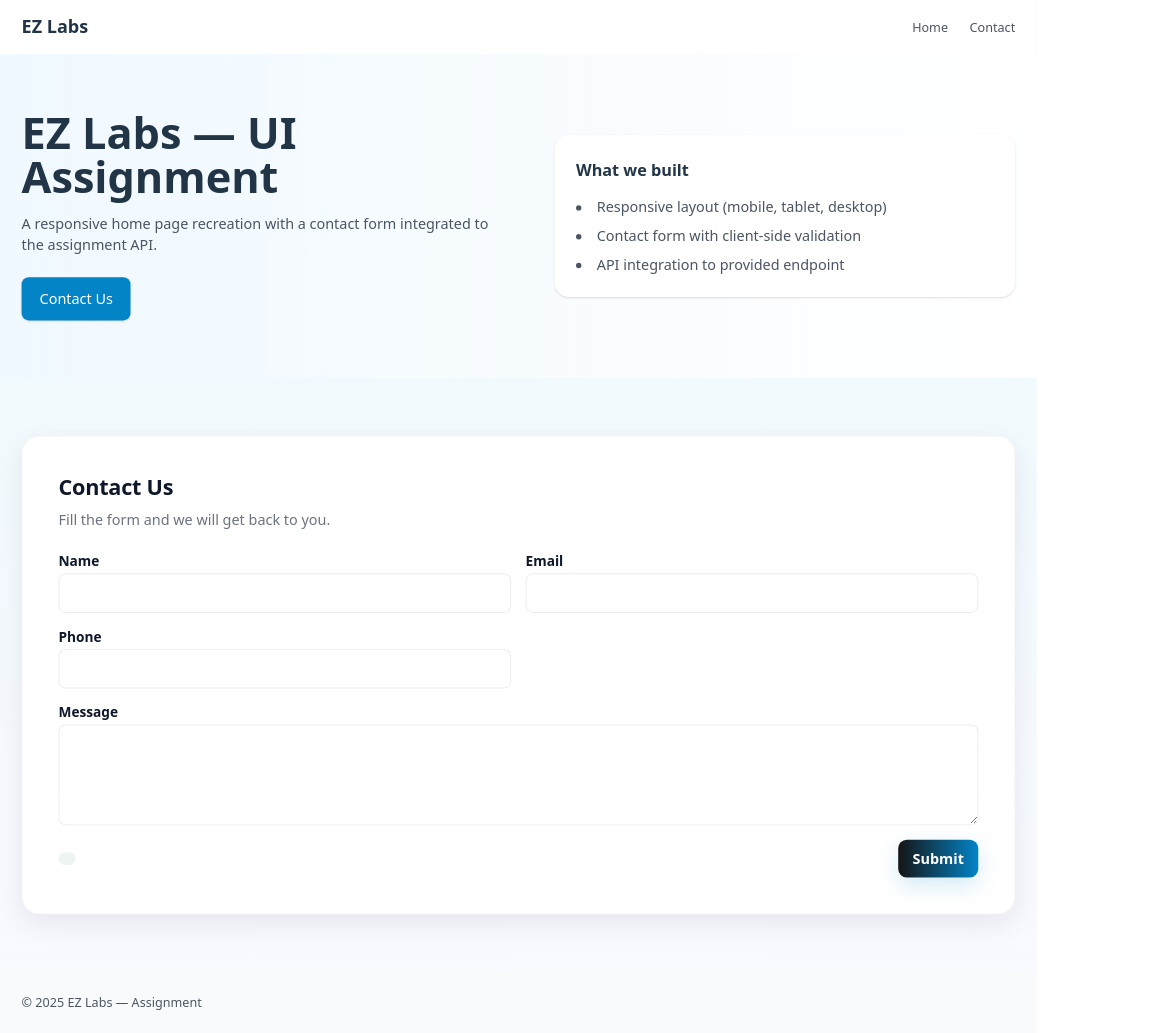
Repository: ritesh1711/ez-contact-form
Page: /
These files come from the project's save history. The page is drawn as it stood at one moment and after a run of saves; the edit follows.
The browser window is 1280 px wide. The pictures show the whole page, at 90% of full size.
The project was rebuilt for these pictures with package versions that can differ from the ones it lists, and the page was loaded fresh each time. Also part of the build but not shown: vite.config.js.

Above is the page before, as saved 2025-11-09 22:11:53.

After the next 2 saves:
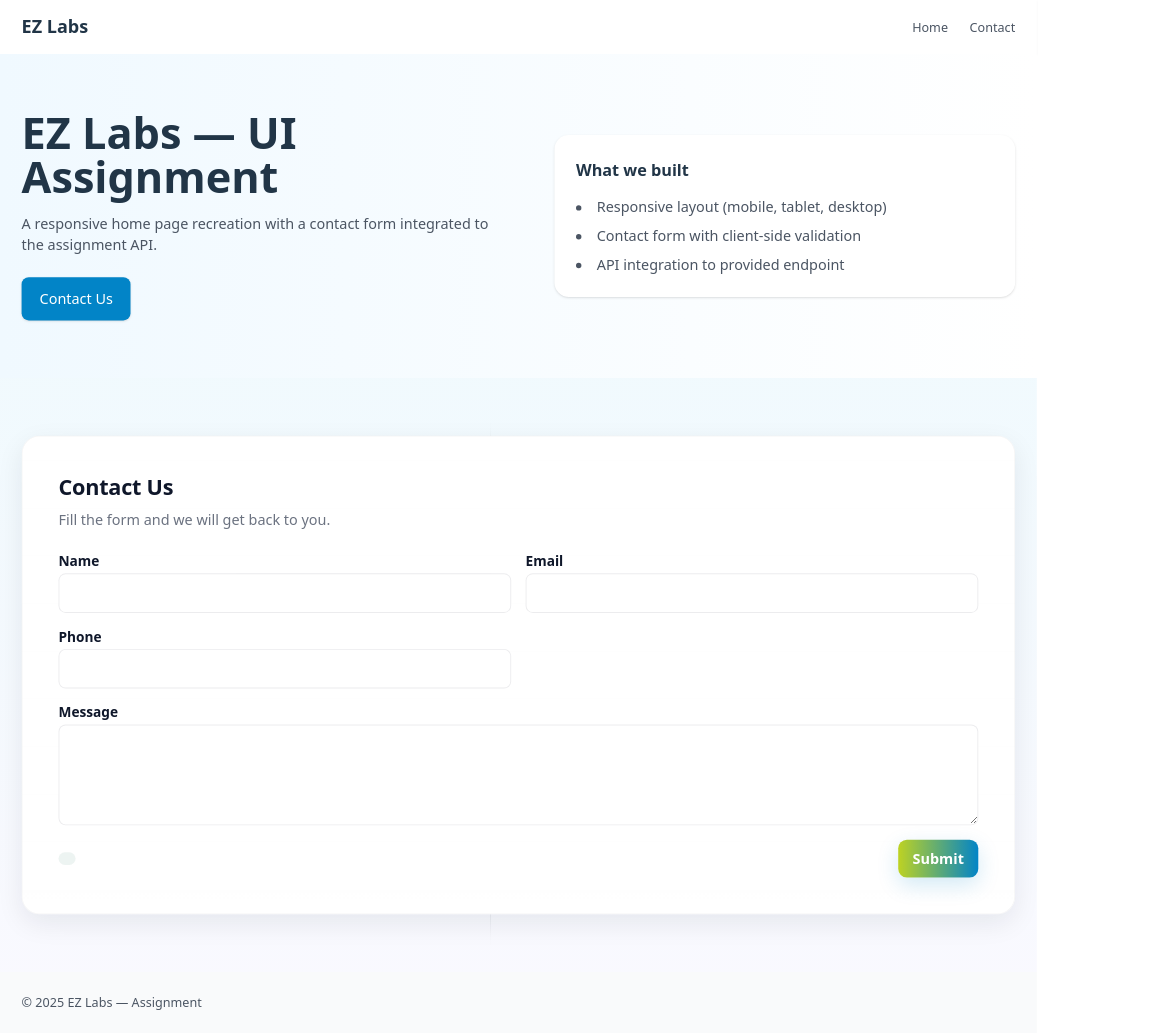
The 2 saves are shown as one change because they came seconds apart.
The last was saved 11 s later.
--- a/src/components/ContactForm.css
+++ b/src/components/ContactForm.css
@@ -2,7 +2,7 @@
 /* Uses the existing structure and IDs/classes; does not change behavior */
 
 :root{
-  --primary: #151515; /* sky-500 */
+  --primary: #bdd223; /* sky-500 */
   --primary-600: #0284c7;
   --muted: #6b7280;
   --card-bg: rgba(255,255,255,0.96);
